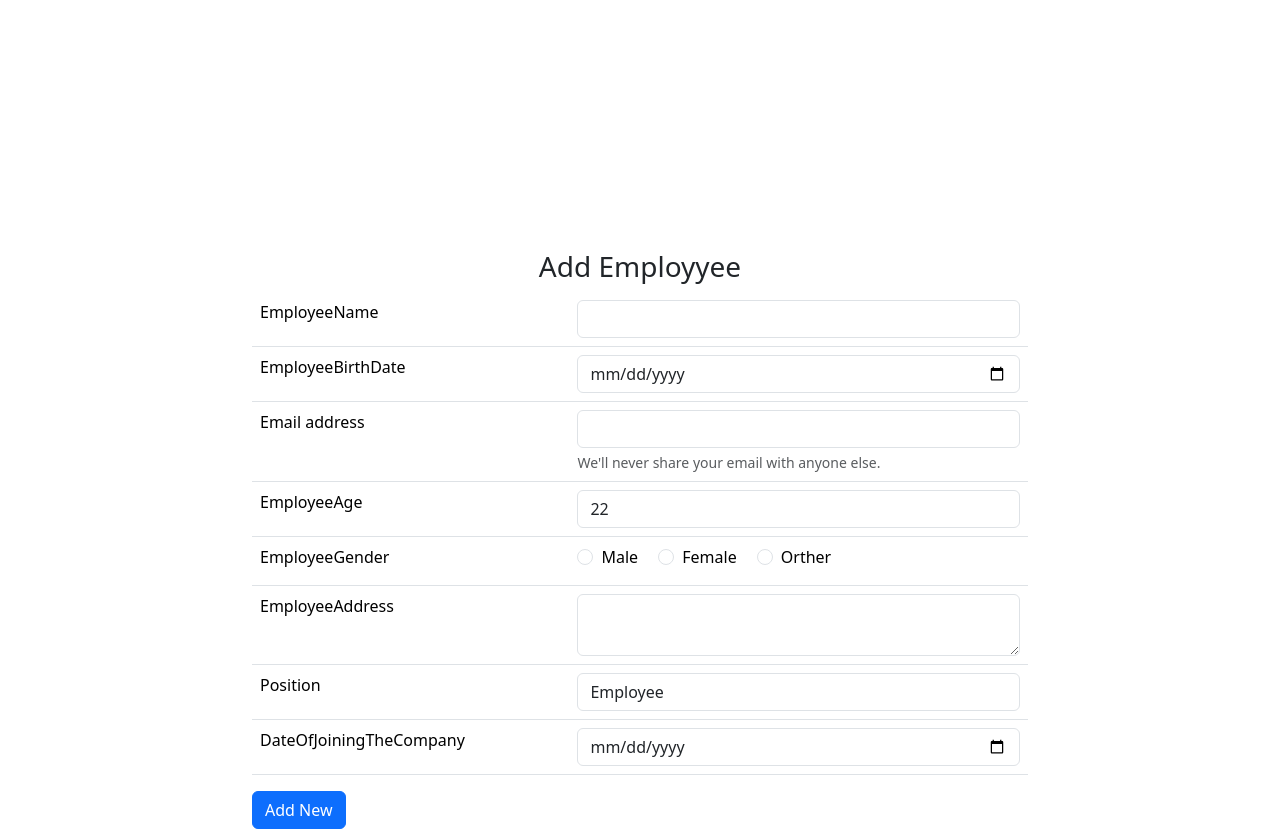
Repository: tranhuuan1703/BaiTapServlet
Page: http://localhost/bai_tap_jsp_servlet/views/Add.jsp
An editor plug-in stored every save of this project. The page is shown before and after the next save, followed by the edit.
The browser window is 1280 px wide. The pictures show the whole page.
Some web libraries are served in a nearby version. The page is served by Tomcat 9. Other server files are loaded and not shown.

Above is the page before, as saved 2024-08-13 03:37:04.

### bai_tap_jsp_servlet/bai_tap_jsp_servlet/src/main/webapp/views/Add.jsp
<%@ page language="java" contentType="text/html; charset=UTF-8"
   pageEncoding="UTF-8"%>

<!DOCTYPE html>
<html>
   <head>
      <meta charset="UTF-8">
      <title>Insert title here</title>
      <link href="https://cdn.jsdelivr.net/npm/bootstrap@5.3.3/dist/css/bootstrap.min.css"
         rel="stylesheet"
         integrity="sha384-QWTKZyjpPEjISv5WaRU9OFeRpok6YctnYmDr5pNlyT2bRjXh0JMhjY6hW+ALEwIH"
         crossorigin="anonymous">
      <script src="https://cdn.jsdelivr.net/npm/bootstrap@5.3.3/dist/js/bootstrap.bundle.min.js"
         integrity="sha384-YvpcrYf0tY3lHB60NNkmXc5s9fDVZLESaAA55NDzOxhy9GkcIdslK1eN7N6jIeHz"
         crossorigin="anonymous"></script>
      <script src="https://ajax.googleapis.com/ajax/libs/jquery/1.12.0/jquery.min.js"></script>
      <script src="https://unpkg.com/dayjs@1.8.21/dayjs.min.js"></script>
   </head>
   <style>
	.rq{
		color: red;
	}

</style>
   <body>
      <div class="container" style="margin-top:250px; width:800px">
      	<center><h3>Add Employyee</h3></center>
         <form id="updateForm" action="addEmployeeController" method="get">
            <table class="table">

               <tr>
                  <td><label for="nameEmployee" class="form-label">EmployeeName</label></td>
                  <td>
                     <input type="text" class="form-control" id="nameEmployee" aria-describedby="emailHelp" name="nameEmployee" required="required" pattern="^[^\d]+$">
                     <span class="rq">${msgUserName}</span>
                  </td>

               </tr>
               <tr>
                  <td><label for="birthDayEmployee" class="form-label">EmployeeBirthDate</label></td>
                  <td>
                     <input type="date" class="form-control" id="birthDayEmployee" name="birthDayEmployee" required="required">
                  </td>

               </tr>
               <tr>
                  <td><label for="emailEmployee" class="form-label">Email address</label></td>
                  <td>
                     <input type="email" class="form-control" id="emailEmployee" aria-describedby="emailHelp" name="emailEmployee" required="required">
                     <div id="emailHelp" class="form-text">We'll never share your email with anyone else.</div>

                  </td>
               </tr>
               <tr>
                  <td><label for="ageEmployee" class="form-label">EmployeeAge</label></td>
                  <td>
                     <input type="number" class="form-control" id="ageEmployee" aria-describedby="emailHelp" value="22" readonly name="ageEmployee">
                  </td>
               </tr>
               <tr>
                  <td><label for="inlineRadio1" class="form-label">EmployeeGender</label></td>
                  <td>
                     <div class="form-check form-check-inline">
                        <input class="form-check-input" type="radio" name="inlineRadioOptions" id="inlineRadio1" value="male">
                        <label class="form-check-label" for="inlineRadio1">Male</label>
                     </div>
                     <div class="form-check form-check-inline">
                        <input class="form-check-input" type="radio" name="inlineRadioOptions" id="inlineRadio2" value="female">
                        <label class="form-check-label" for="inlineRadio2">Female</label>
                     </div>
                     <div class="form-check form-check-inline">
                        <input class="form-check-input" type="radio" name="inlineRadioOptions" id="inlineRadio3" value="option3">
                        <label class="form-check-label" for="inlineRadio3">Orther</label>
                     </div>
                  </td>
               </tr>
               <tr>
                  <td><label for="addressEmployee" class="form-label">EmployeeAddress</label></td>
                  <td>
                     <textarea  class="form-control" id="addressEmployee" aria-describedby="emailHelp" name="addressEmployee"></textarea>
                  </td>
               </tr>
               <tr>
                  <td><label for="exampleInputEmail1" class="form-label">Position</label></td>
                  <td>
                     <select class="form-control" id="selection" name="position">
                        <option value="employee">Employee</option>
                        <option value="boss">Boss</option>
                     </select>
                  </td>
               </tr>
               <tr>
                  <td><label for="dateJoiningBirthday" class="form-label">DateOfJoiningTheCompany</label></td>
                  <td>
                		<input type="date" class="form-control" id="dateJoiningCompany" name="dateJoiningCompany" required="required" max="">

                  </td>
               </tr>
            </table>
            <button type="submit" class="btn btn-primary">Add New</button>
         </form>
      </div>
   </body>
 <script>

 $("#birthDayEmployee, #dateJoiningCompany").blur(function(){
	    const dateValue = new Date($(this).val());

	    if (isNaN(dateValue)) {
	        return '';
	    }

	    const day = String(dateValue.getDate()).padStart(2, '0');
	    const month = String(dateValue.getMonth() + 1).padStart(2, '0');
	    const year = dateValue.getFullYear();

	    var text = day + "/" + month + "/" + year;
	    $(this).attr("type","text");
	    $(this).val(text);
});


 $("#birthDayEmployee").blur(function(){

		var date1 = new Date();

		var values = $(this).val();
		var yeard = parseInt(values.substr(6, values.length));

		currentYear = date1.getFullYear();

		age = currentYear - yeard;
		$("#ageEmployee").val(age);
	});

	$("#updateForm").submit(function(){

		$("#inputEmployeeId").disabled = false;


	})




	$("form").on('submit', function(){

	  var inputDate = new Date(document.getElementById('dateJoiningCompany').value);
	  var today = new Date();


	  var isConfirmed = confirm("Bạn có chắc muốn thêm nhân viên này?");

	  if (!isConfirmed){
		  event.preventDefault();
	  }
	})


	// Lấy ngày hiện tại
    var today = new Date().toISOString().split('T')[0];
    // Đặt giá trị max của input là ngày hiện tại
    document.getElementById('dateJoiningCompany').setAttribute('max', today);
    // Thiết lập giá trị max là ngày hiện tại
    document.getElementById('dateJoiningCompany').max = new Date().toISOString().split("T")[0];

    /*function formatDate() {
        const dateInput = document.getElementById('dateJoiningCompany').value;
        if (dateInput) {
            const [year, month, day] = dateInput.split("-");
            const formattedDate = `${day}/${month}/${year}`;
            document.getElementById('dateJoiningCompany').value = formattedDate;
            return;
        }
    }*/
 </script>

</html>

After the next save:
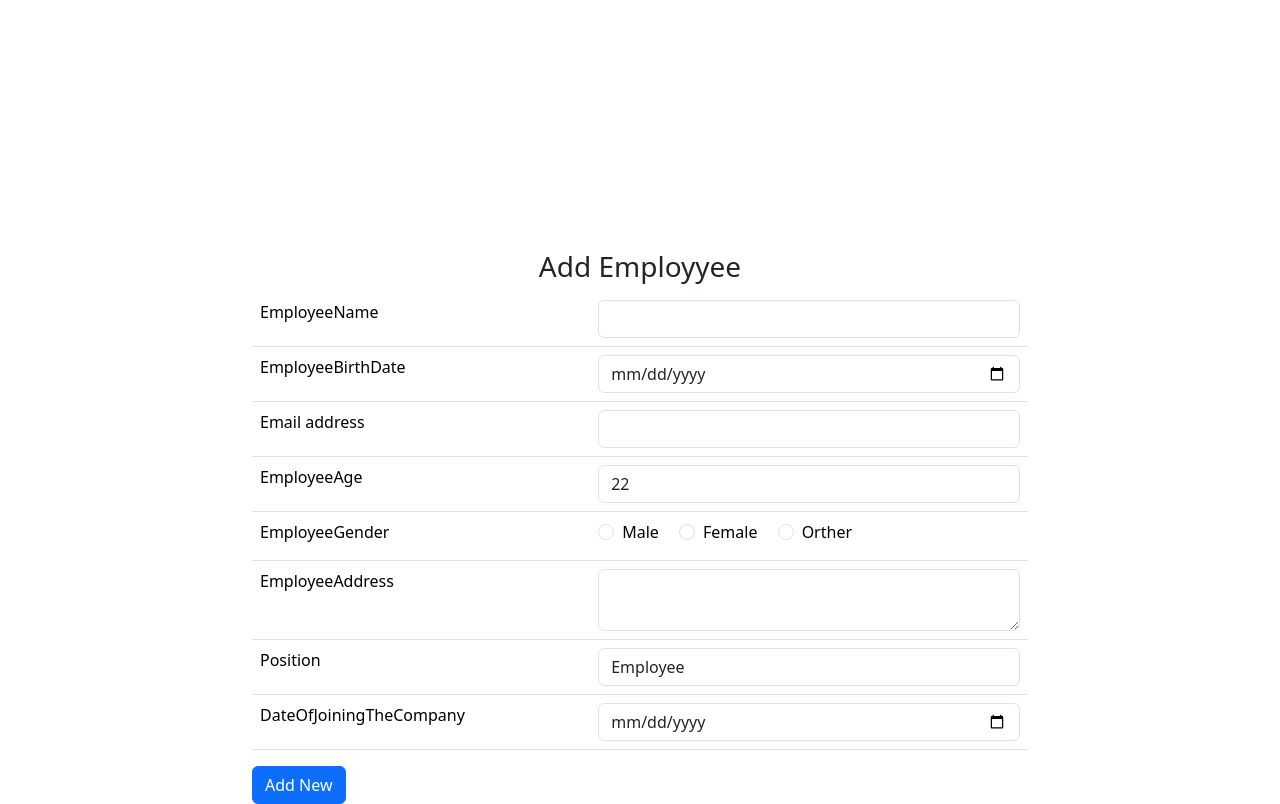
Saved 110 s later.
--- a/bai_tap_jsp_servlet/bai_tap_jsp_servlet/src/main/webapp/views/Add.jsp
+++ b/bai_tap_jsp_servlet/bai_tap_jsp_servlet/src/main/webapp/views/Add.jsp
@@ -47,7 +47,7 @@
                   <td><label for="emailEmployee" class="form-label">Email address</label></td>
                   <td>
                      <input type="email" class="form-control" id="emailEmployee" aria-describedby="emailHelp" name="emailEmployee" required="required">
-                     <div id="emailHelp" class="form-text">We'll never share your email with anyone else.</div>
+                     <span class="rq">${msgEmail}</span>
 
                   </td>
                </tr>
@@ -72,12 +72,14 @@
                         <input class="form-check-input" type="radio" name="inlineRadioOptions" id="inlineRadio3" value="option3">
                         <label class="form-check-label" for="inlineRadio3">Orther</label>
                      </div>
+                     <span class="rq">${msgGender}</span>
                   </td>
                </tr>
                <tr>
                   <td><label for="addressEmployee" class="form-label">EmployeeAddress</label></td>
                   <td>
                      <textarea  class="form-control" id="addressEmployee" aria-describedby="emailHelp" name="addressEmployee"></textarea>
+
                   </td>
                </tr>
                <tr>
@@ -87,6 +89,7 @@
                         <option value="employee">Employee</option>
                         <option value="boss">Boss</option>
                      </select>
+                     <span class="rq">${msgPosition}</span>
                   </td>
                </tr>
                <tr>
